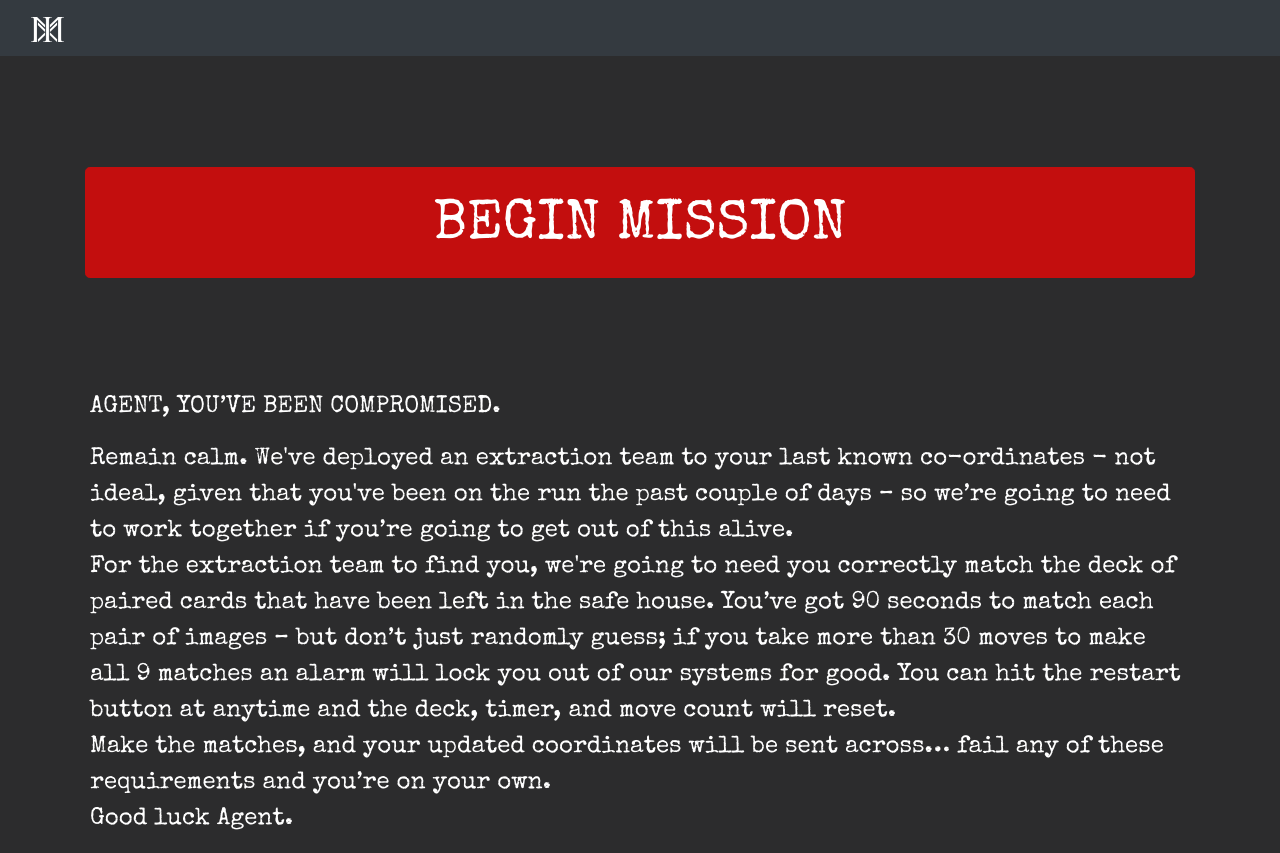
Repository: Code-Institute-Submissions/Milestone-25
Page: index.html
The author's editor kept a record of every edit. The page is drawn from the files as they stood at one moment, then again after the next edit.
The browser window is 1280 px wide. The pictures show the whole page.

Above is the page before.

After the next edit:
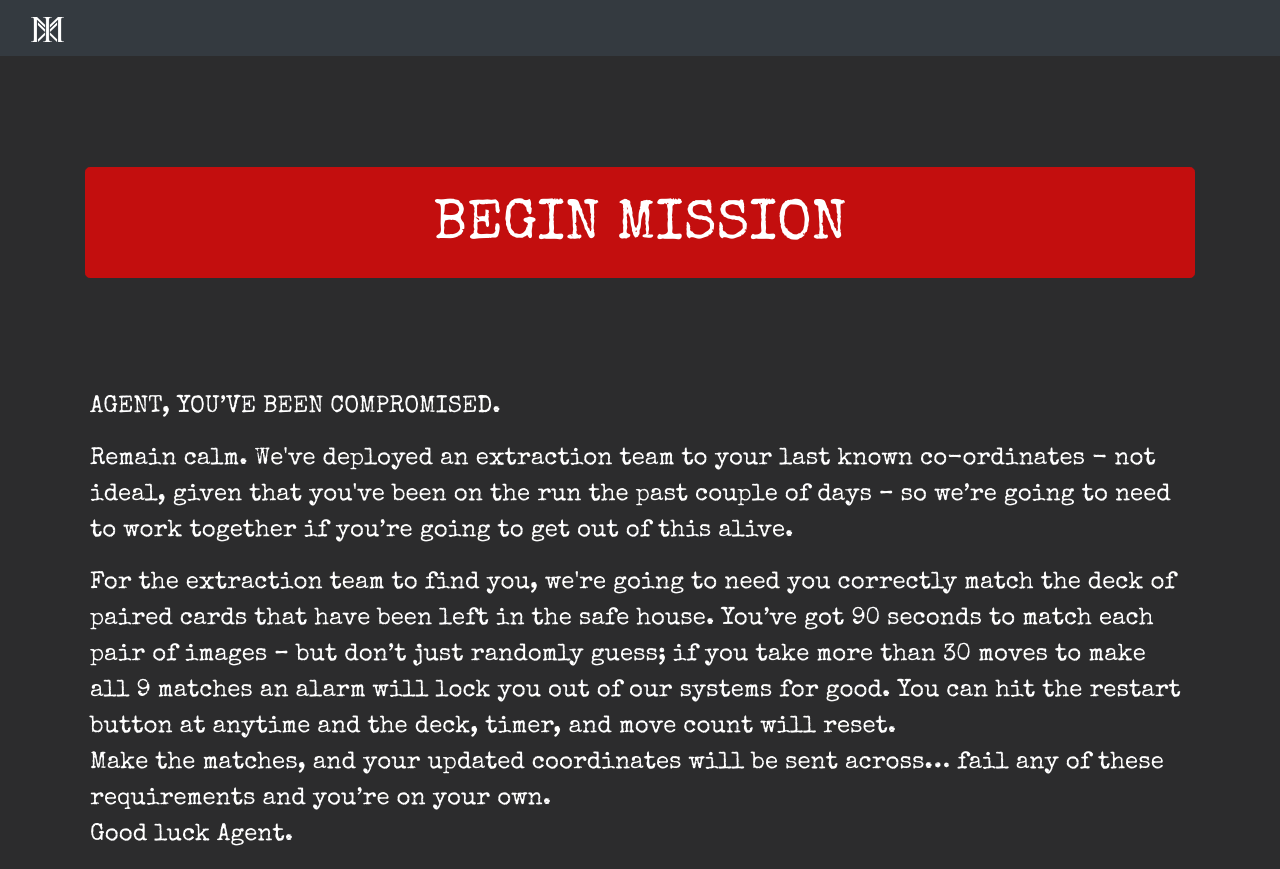
The edit:
--- a/index.html
+++ b/index.html
@@ -35,7 +35,7 @@
       <div class="col-md">
         <p class="instructions">AGENT, YOU’VE BEEN COMPROMISED. <p class="instructions">Remain calm. We've deployed an extraction team to your last known co-ordinates - not ideal, given that you've been on the run the past couple of days – so we’re going to need to work together if you’re going
           to get out of this alive.
-          <br> For the extraction team to find you, we're going to need you correctly match the deck of paired cards that have been left in the safe house. You’ve got 90 seconds to match each pair of images – but don’t just randomly guess; if you take
+          <p class="instructions"> For the extraction team to find you, we're going to need you correctly match the deck of paired cards that have been left in the safe house. You’ve got 90 seconds to match each pair of images – but don’t just randomly guess; if you take
           more than 30 moves to make all 9 matches an alarm will lock you out of our systems for good. You can hit the restart button at anytime and the deck, timer, and move count will reset.
           <br> Make the matches, and your updated coordinates will be sent across… fail any of these requirements and you’re on your own.
           <br> Good luck Agent.
